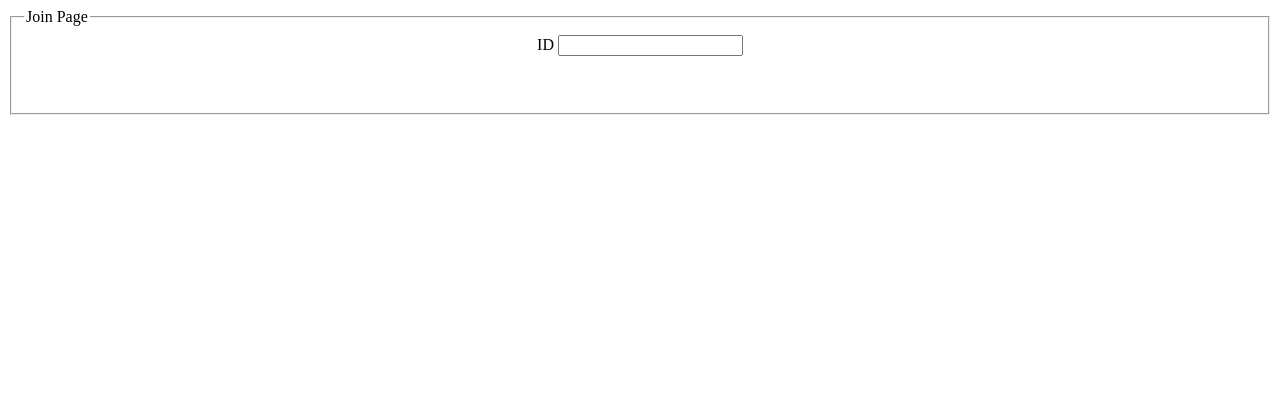
Repository: Jungsol/Servlet_JSP_study
Page: Servlet_JSP_study/src/main/webapp/ex09_join.html
An editor plug-in stored every save of this project. The page is shown before and after the next save, followed by the edit.
The browser window is 1280 px wide. The pictures show the whole page.

Above is the page before, as saved 2023-06-06 14:35:46.

After the next save:
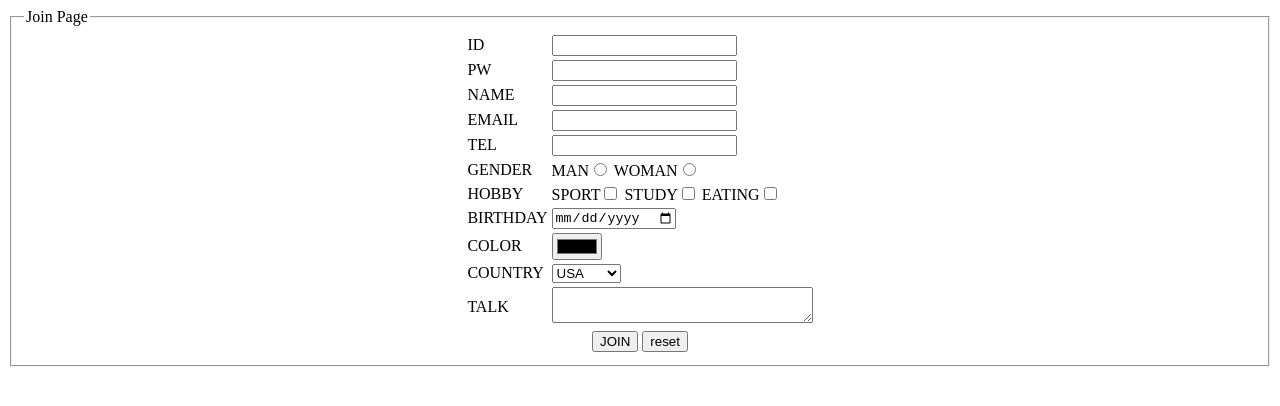
Saved 8 min 28 s later.
--- a/Servlet_JSP_study/src/main/webapp/ex09_join.html
+++ b/Servlet_JSP_study/src/main/webapp/ex09_join.html
@@ -19,48 +19,67 @@ table {margin: 0 auto;}
 					<td><input type="text" name="id"></td>
 				</tr>
 				<tr>
-					<td></td>
-					<td></td>
+					<td>PW</td>
+					<td><input type="text" name="pw"></td>
 				</tr>
 				<tr>
-					<td></td>
-					<td></td>
+					<td>NAME</td>
+					<td><input type="text" name="name"></td>
 				</tr>
 				<tr>
-					<td></td>
-					<td></td>
+					<td>EMAIL</td>
+					<td><input type="text" name="email"></td>
 				</tr>
 				<tr>
-					<td></td>
-					<td></td>
+					<td>TEL</td>
+					<td><input type="text" name="tel"></td>
 				</tr>
 				<tr>
-					<td></td>
-					<td></td>
+					<td>GENDER</td>
+					<td>
+						<!-- 라디오타입은 반드시 name이 같아야함 -->
+						MAN<input type="radio" name="gender">
+						WOMAN<input type="radio" name="gender">
+
+					</td>
 				</tr>
 				<tr>
-					<td></td>
-					<td></td>
+					<td>HOBBY</td>
+					<td>
+						SPORT<input type="checkbox" name="hobby">
+						STUDY<input type="checkbox" name="hobby">
+						EATING<input type="checkbox" name="hobby">
+					</td>
 				</tr>
 				<tr>
-					<td></td>
-					<td></td>
+					<td>BIRTHDAY</td>
+					<td><input type="date" name="birthday"></td>
 				</tr>
 				<tr>
-					<td></td>
-					<td></td>
+					<td>COLOR</td>
+					<td><input type="color" name="color"></td>
 				</tr>
 				<tr>
-					<td></td>
-					<td></td>
+					<td>COUNTRY</td>
+					<td>
+						<select name="select">
+							<option>USA</option><!-- value빼도 정상작동함 -->
+							<option value="KOREA">KOREA</option>
+						</select>
+					</td>
 				</tr>
 				<tr>
-					<td></td>
-					<td></td>
+					<td>TALK</td>
+					<td>
+						<textarea name="talk" cols="30" rows=""></textarea>
+					</td>
 				</tr>
 				<tr>
-					<td></td>
-					<td></td>
+					<td colspan="2" align="center">
+						<input type="submit" value="JOIN">
+						<input type="reset" value="reset">
+					</td>
+
 				</tr>
 			</table>
 
